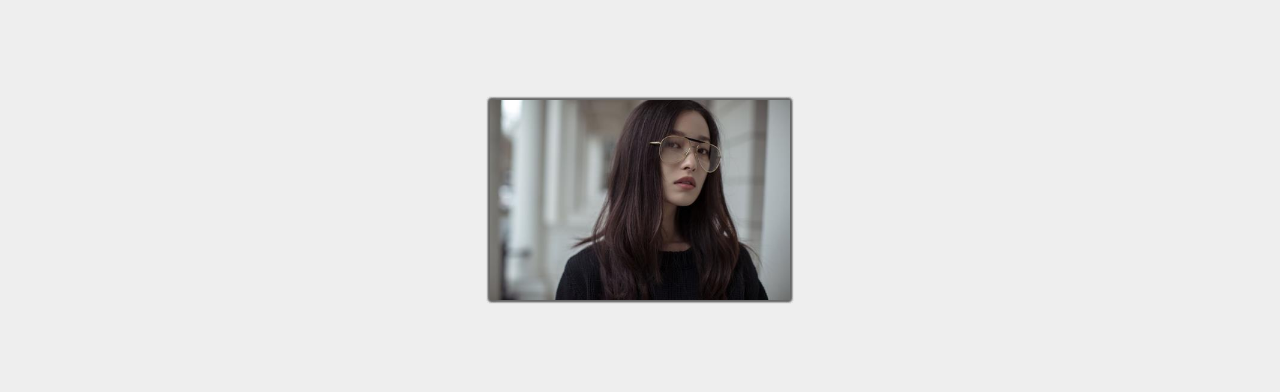
Repository: Germtao/Web
Page: web_css/css3_动画案例.html
An editor plug-in stored every save of this project. The page is shown before and after the next save, followed by the edit.
The browser window is 1280 px wide. The pictures show the whole page.

Above is the page before, as saved 2020-11-03 11:14:43.

After the next save:
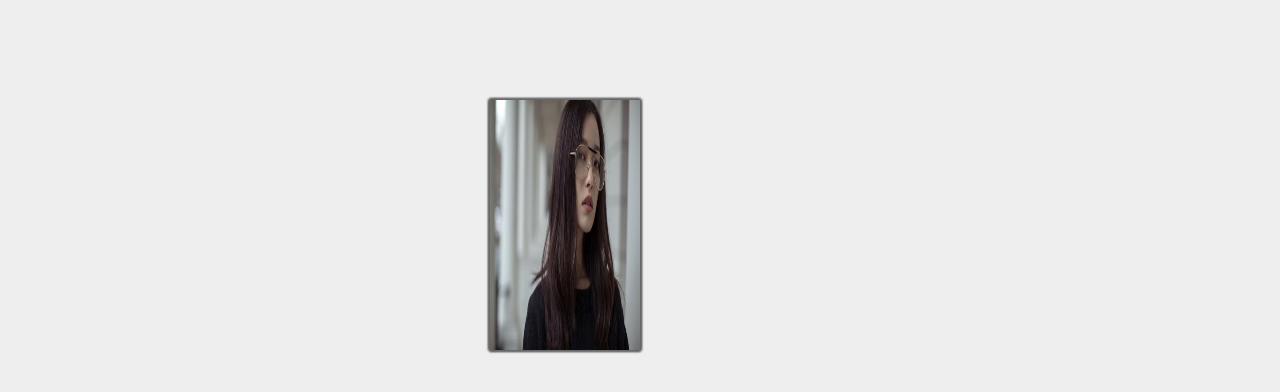
Saved 41 s later.
--- a/web_css/css3_动画案例.html
+++ b/web_css/css3_动画案例.html
@@ -45,7 +45,8 @@
     }
 
     img {
-      width: 100%;
+      width: 150px;
+      height: 250px;
       /* 既然卡片是叠在一起的，那就都用绝对定位 */
       position: absolute;
       left: 0;
